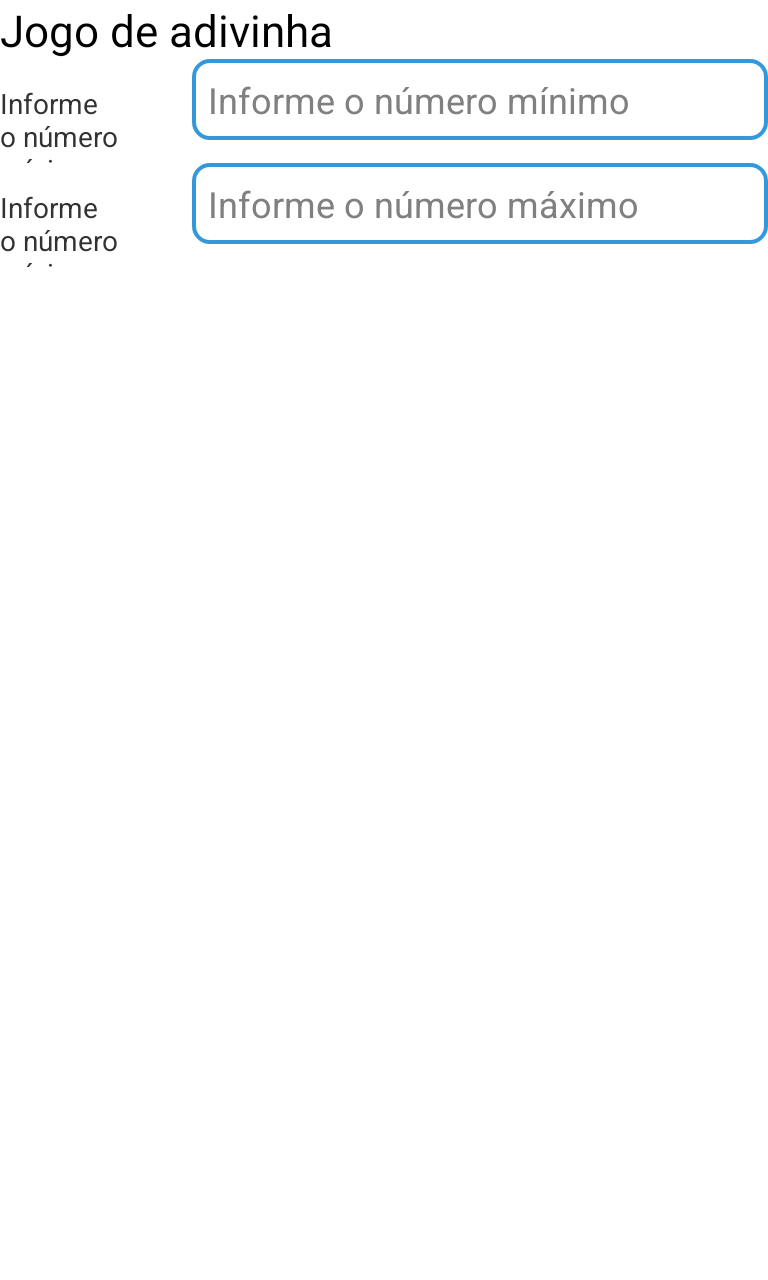
Repository: gokugohan/ddm
Layout: JogoDeAdivinha/res/layout/activity_final.xml
An editor plug-in stored every save of this project. The layout is shown before and after the next save, followed by the edit.
It is drawn on a 768 x 1280 px phone screen (xhdpi) without system bars, with theme AppTheme; the app's code is not run.

Above is the layout before, as saved 2014-11-07 11:29:14.

### JogoDeAdivinha/res/layout/activity_final.xml
<LinearLayout xmlns:android="http://schemas.android.com/apk/res/android"
    xmlns:tools="http://schemas.android.com/tools"
    android:layout_width="match_parent"
    android:layout_height="match_parent"
    android:orientation="vertical" >

    <TextView
        android:id="@+id/id_tv_intro"
        android:layout_width="wrap_content"
        android:layout_height="wrap_content"
        android:text="@string/str_info_jogo"
        android:textAppearance="?android:attr/textAppearanceLarge" />

    <LinearLayout
        android:layout_width="match_parent"
        android:layout_height="wrap_content"
        android:orientation="horizontal"
        android:weightSum="2" >

        <TextView android:layout_width="0dp"
            android:layout_height="wrap_content"
            android:layout_weight="0.5"
            android:textSize="14sp"
            android:text="@string/str_info_min"/>

        <EditText
            android:id="@+id/id_et_min"
            android:layout_width="0dp"
            android:layout_weight="1.5"
            android:layout_height="wrap_content"
            android:background="@drawable/custom_edittext"
            android:hint="@string/str_info_min"
            android:inputType="number" />
    </LinearLayout>


   <LinearLayout
        android:layout_width="match_parent"
        android:layout_height="wrap_content"
        android:orientation="horizontal"
        android:weightSum="2" >

        <TextView android:layout_width="0dp"
            android:layout_height="wrap_content"
            android:layout_weight="0.5"
            android:textSize="14sp"
            android:text="@string/str_info_min"/>

        <EditText
            android:id="@+id/id_et_max"
            android:layout_width="0dp"
            android:layout_weight="1.5"
            android:layout_height="wrap_content"
            android:background="@drawable/custom_edittext"
            android:hint="@string/str_info_max"
            android:inputType="number" />
    </LinearLayout>

   <View android:layout_width="match_parent"
       android:layout_height="5dp"/>

   <Button />

</LinearLayout>

### JogoDeAdivinha/res/values/strings.xml
<?xml version="1.0" encoding="utf-8"?>
<resources>

    <string name="app_name">Jogo de adivinha</string>
    <string name="hello_world">Hello world!</string>
    <string name="action_settings">Settings</string>

    <string name="str_info_jogo">Jogo de adivinha </string>
    <string name="str_info_min">Informe o número mínimo</string>
    <string name="str_info_max">Informe o número máximo</string>

</resources>

### JogoDeAdivinha/res/drawable/custom_edittext.xml
<?xml version="1.0" encoding="utf-8"?>
<shape xmlns:android="http://schemas.android.com/apk/res/android" >

    <corners
        android:radius="8dp"
        />

    <stroke android:width="2dp"
        android:color="#3498db"/>

     <padding
        android:bottom="8dp"
        android:left="8dp"
        android:right="8dp"
        android:top="8dp" />
</shape>

### JogoDeAdivinha/res/drawable/custom_button.xml
<?xml version="1.0" encoding="utf-8"?>
<shape xmlns:android="http://schemas.android.com/apk/res/android" >

    <corners
        android:bottomLeftRadius="8dp"
        android:bottomRightRadius="8dp"
        android:topLeftRadius="8dp"
        android:topRightRadius="8dp" />

    <solid android:color="#3498db"/>
</shape>

Loaded but not shown: JogoDeAdivinha/res/values/styles.xml (common file); JogoDeAdivinha/res/values-v11/styles.xml (common file); JogoDeAdivinha/res/values-v14/styles.xml (common file)

After the next save:
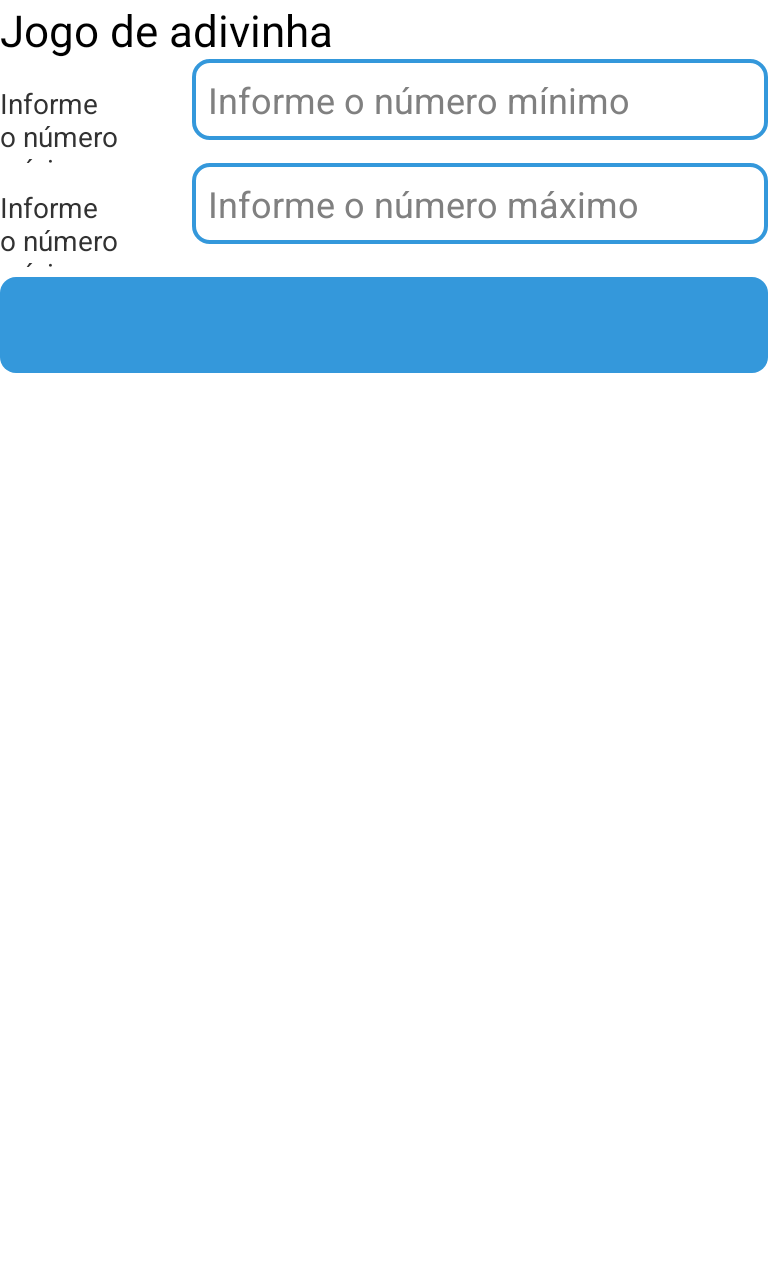
Saved 24 s later.
--- a/JogoDeAdivinha/res/layout/activity_final.xml
+++ b/JogoDeAdivinha/res/layout/activity_final.xml
@@ -59,6 +59,9 @@
    <View android:layout_width="match_parent"
        android:layout_height="5dp"/>
 
-   <Button />
+   <Button android:id="@+id/id_btn_comecar"
+       android:layout_width="match_parent"
+       android:layout_height="wrap_content"
+       android:background="@drawable/custom_button"/>
 
 </LinearLayout>
